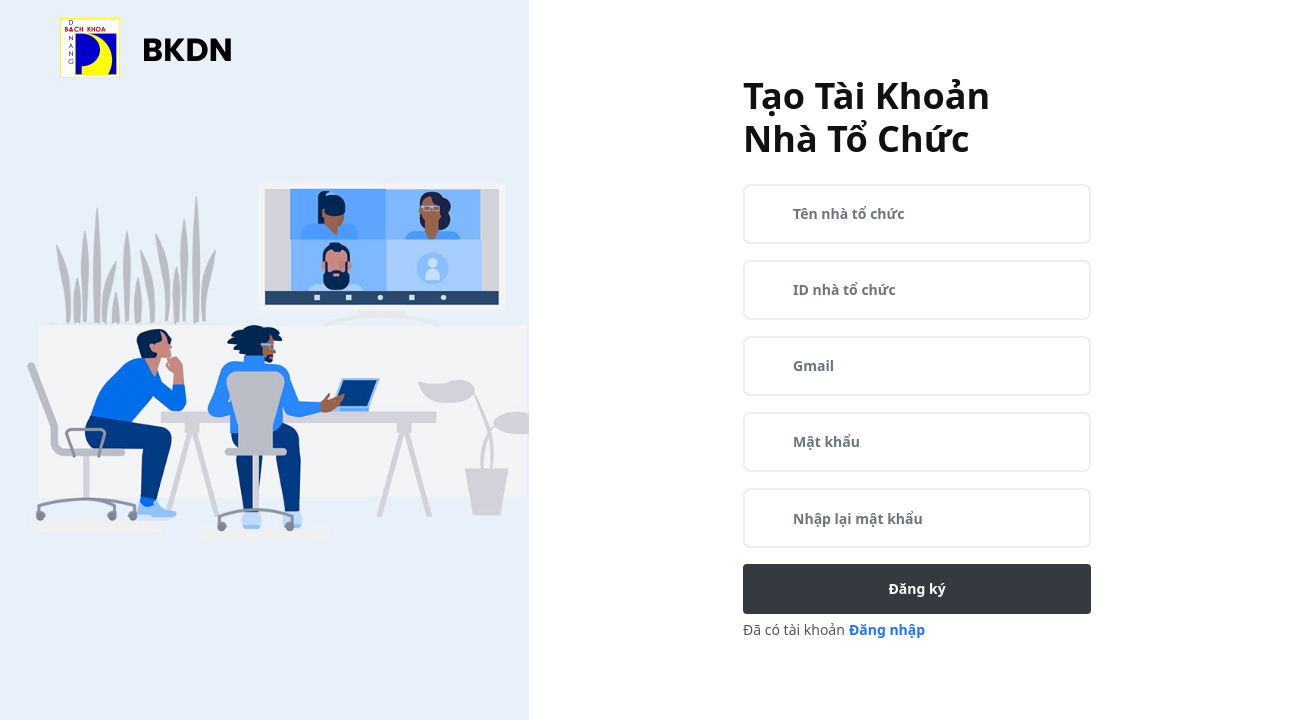
Repository: NT912/Activity-management-WEB-for-student-of-Danang
Page: http://localhost/dangkyNTC.php
An editor plug-in stored every save of this project. The page is shown before and after the next save, followed by the edit.
The browser window is 1280 px wide. The page is 1305 px wide, so the pictures cover 1305 px, including what lies to the right of the window. The pictures show the whole page.
Some web fonts or font styles are not loaded; a fallback is used. The page is run by PHP 8.4 with error messages shown; the project is at /var/www/html/.

Above is the page before, as saved 2024-05-09 23:06:55.

### dangkyNTC.php
<?php
require("./DB/database.php");

$conn = new mysqli($servername, $username, $password, $dbname);

if ($conn->connect_error) {
    die("Connect failed" . $conn->connect_error);
}

if ($_SERVER["REQUEST_METHOD"] == "POST") {
    $name_orginization = $_POST["Name_orginization"];
    $id_orginization = $_POST["Id_orginization"];
    $email = $_POST["Email"];
    $matkhau = $_POST["Password"];

    if (empty($name_orginization) || empty($email) || empty($matkhau) || empty($id_orginization)) {
        echo "<script>alert('Vui lòng điền đầy đủ thông tin.');</script>";
    } else {
        // Kiểm tra xem ID đã tồn tại trong cơ sở dữ liệu chưa
        $sql_check = "SELECT * FROM Orginization_information WHERE Id_orginization = '$id_orginization'";
        $result_check = $conn->query($sql_check);

        if ($result_check->num_rows > 0) {
            // ID đã tồn tại
            echo "<script>alert('ID đã tồn tại. Vui lòng nhập lại ID khác.');</script>";
        } else {
            // ID chưa tồn tại, tiến hành thêm thông tin sinh viên và khoa vào cơ sở dữ liệu

            // Thêm thông tin sinh viên vào bảng Student
            $sql_ntc = "INSERT INTO Orginization_information (Id_orginization, Name_orginization, Email, Password) VALUES ('$id_orginization', '$name_orginization', '$email', '$matkhau')";
            $result_ntc = $conn->query($sql_ntc);

            if ($result_ntc === TRUE) {
                // Thêm thông tin khoa vào bảng Major
                $sql_major = "INSERT INTO major (khoa) VALUES ('$khoa')";
                $result_major = $conn->query($sql_major);

                echo "<script>alert('Đăng ký thành công.');</script>";
                    // Chuyển hướng sang trang login.php
                    header("Location: login.php");
                    exit(); // Đảm bảo không có mã HTML hoặc mã PHP nào được thực thi sau lệnh chuyển hướng

            } else {
                echo "Lỗi khi thêm thông tin nhà tổ chức: " . $conn->error;
            }
        }
    }

    $conn->close();
}
?>

<!DOCTYPE html>
<html lang="en">
<head>
    <meta charset="UTF-8">
    <meta name="viewport" content="width=device-width, initial-scale=1.0">
    <meta http-equiv="X-UA-Compatible" content="ie=edge">
    <title>Đăng ký</title>
<!--
    <link rel="stylesheet" href="css/themify-icons.css">
    <link rel="stylesheet" href="css/feather.css"> -->
    <!-- Favicon icon -->
    <link rel="icon" type="image/png" sizes="16x16" href="images/favicon.png">
    <!-- Custom Stylesheet -->
    <link rel="stylesheet" href="css/style.css">

    <script>
        function validateInput(inputName) {
            var inputValue = document.forms["registerForm"][inputName].value;
            var errorElement = document.getElementById("error" + inputName.charAt(0).toUpperCase() + inputName.slice(1));

            if (inputValue.trim() === "") {
                errorElement.style.display = "block";
            } else {
                errorElement.style.display = "none";
            }
        }

        function checkInputPasswordAgain() {
            var password = document.forms["registerForm"]["Password"].value;
            var confirmPassword = document.forms["registerForm"]["nhaplaimatkhau"].value;
            var confirmPasswordError = document.getElementById("errorNhaplaimatkhau");
            var submitButton = document.querySelector('button[type="submit"]');

            if (confirmPassword.trim() === "") {
                confirmPasswordError.innerText = "Vui lòng nhập lại mật khẩu.";
                confirmPasswordError.style.display = "block";
                submitButton.disabled = true;
            } else if (password !== confirmPassword) {
                confirmPasswordError.innerText = "Mật khẩu nhập lại không khớp với mật khẩu đã nhập.";
                confirmPasswordError.style.display = "block";
                submitButton.disabled = true;
            } else {
                confirmPasswordError.style.display = "none";
                submitButton.disabled = false;
            }
        }

    </script>

</head>

<body class="color-theme-blue">

    <div class="preloader"></div>

    <div class="main-wrap">

        <div class="nav-header bg-transparent shadow-none border-0">
            <div class="nav-top w350">
                <a href="#"> <img src="./images/LOGO.png" alt="Logopage" class="logo-img"> </a>
            </div>
        </div>

        </div>
        <!-- end header -->

        <!-- khung đăng ký   -->
        <div class="row">
            <div class="col-xl-5 d-none d-xl-block p-0 vh-100 bg-image-cover bg-no-repeat" style="background-image: url(images/login-bg-2.jpg);"></div>
            <div class="col-xl-7 vh-100 align-items-center d-flex bg-white rounded-3 overflow-hidden">
                <div class="card shadow-none border-0 ms-auto me-auto login-card">
                    <div class="card-body rounded-0 text-left">
                        <h2 class="fw-700 display1-size display2-md-size mb-4">Tạo Tài Khoản <br> Nhà Tổ Chức</h2>
                        <form method="post" action="<?php echo htmlspecialchars($_SERVER["PHP_SELF"]); ?>" name="registerForm">
                            <div class="form-group icon-input mb-3">
                                <i class="font-sm ti-user text-grey-500 pe-0"></i>
                                <input type="text" name="ten" class="style2-input ps-5 form-control text-grey-900 font-xsss fw-600" placeholder="Tên nhà tổ chức" onblur="validateInput('ten')">
                                <span id="errorTen" style="color: red; display: none;">Vui lòng nhập tên nhà tổ chức.</span>
                            </div>
                            <div class="form-group icon-input mb-3">
                                <i class="font-sm ti-user text-grey-500 pe-0"></i>
                                <input type="text" name="id" class="style2-input ps-5 form-control text-grey-900 font-xsss fw-600" placeholder="ID nhà tổ chức" onblur="validateInput('id')">
                                <span id="errorId" style="color: red; display: none;">Vui lòng nhập ID nhà tổ chức.</span>
                            </div>
                            <div class="form-group icon-input mb-3">
                                <i class="font-sm ti-user text-grey-500 pe-0"></i>
                                <input type="text" name="gmail" class="style2-input ps-5 form-control text-grey-900 font-xsss fw-600" placeholder="Gmail" onblur="validateInput('gmail')">
                                <span id="errorGmail" style="color: red; display: none;">Vui lòng nhập Gmail.</span>
                            </div>
                            <div class="form-group icon-input mb-3">
                                <i class="font-sm ti-email text-grey-500 pe-0"></i>
                                <input type="password" name="Password" class="style2-input ps-5 form-control text-grey-900 font-xsss fw-600" placeholder="Mật khẩu" onblur="validateInput('Password')">
                                <span id="errorPassword" style="color: red; display: none;">Vui lòng nhập mật khẩu.</span>
                            </div>
                            <div class="form-group icon-input mb-3">
                                <i class="font-sm ti-lock text-grey-500 pe-0"></i>
                                <input type="password" name="nhaplaimatkhau" class="style2-input ps-5 form-control text-grey-900 font-xss ls-3" placeholder="Nhập lại mật khẩu" onblur="checkInputPasswordAgain()" required>
                                <span id="errorNhaplaimatkhau" style="color: red; display: none;">Vui lòng nhập lại mật khẩu.</span>
                            </div>
                            <button type="submit" id="registerButton" name="submit" class="form-control text-center style2-input text-white fw-600 bg-dark border-0 p-0" disabled>Đăng ký</button>
                        </form>
                            <h6 class="text-grey-500 font-xsss fw-500 mt-0 mb-0 lh-32">Đã có tài khoản<a href="login.php" class="fw-700 ms-1">Đăng nhập</a></h6>
                        </div>

                    </div>
                </div>
            </div>
        </div>
        <!-- end khung dang y -->
    </div>
    <script src="js/plugin.js"></script>
    <script src="js/scripts.js"></script>

</body>

</html>

### DB/database.php
<?php
$servername = 'localhost:3306';
$username = 'root';
$password = 'truong912002';
$dbname = 'ActivityManagerWeb';
?>

Loaded but not shown: css/style.css (library); js/plugin.js (library); images/preloader.svg (1 lines, source omitted); js/scripts.js (419 lines, source omitted)

After the next save:
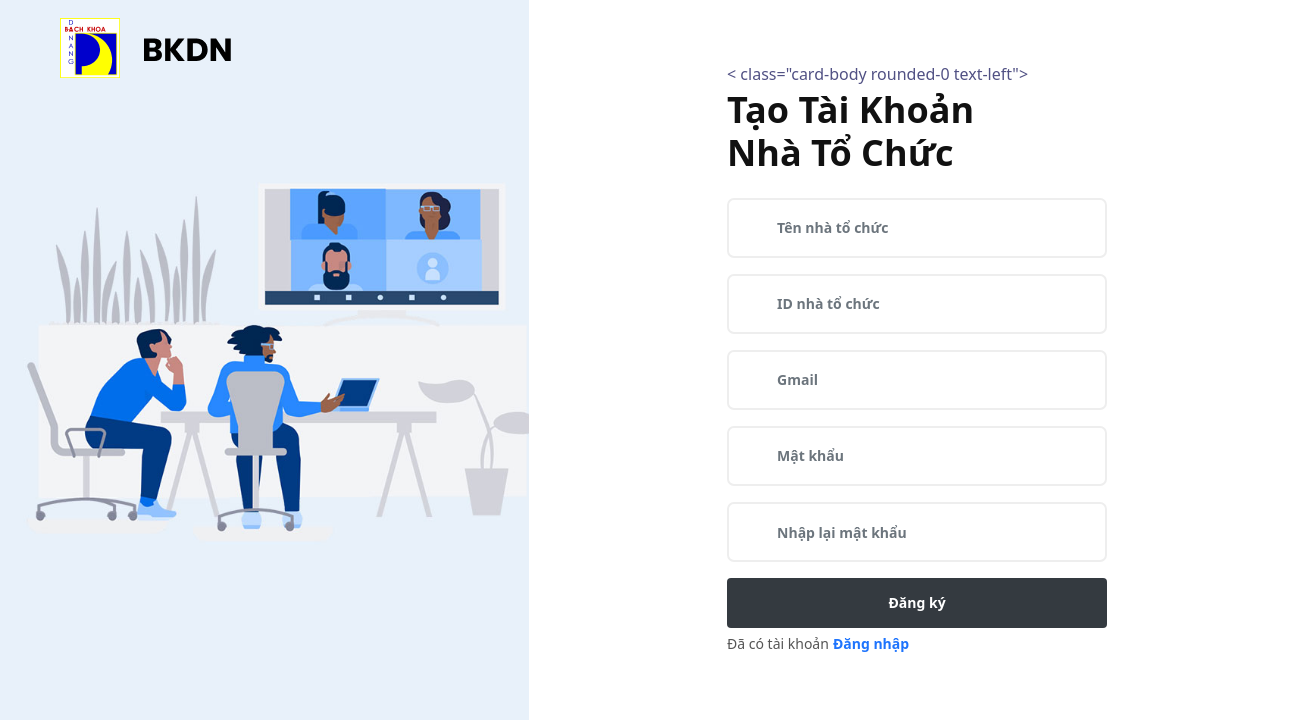
Saved 8 s later.
--- a/dangkyNTC.php
+++ b/dangkyNTC.php
@@ -121,7 +121,7 @@
             <div class="col-xl-5 d-none d-xl-block p-0 vh-100 bg-image-cover bg-no-repeat" style="background-image: url(images/login-bg-2.jpg);"></div>
             <div class="col-xl-7 vh-100 align-items-center d-flex bg-white rounded-3 overflow-hidden">
                 <div class="card shadow-none border-0 ms-auto me-auto login-card">
-                    <div class="card-body rounded-0 text-left">
+                    < class="card-body rounded-0 text-left">
                         <h2 class="fw-700 display1-size display2-md-size mb-4">Tạo Tài Khoản <br> Nhà Tổ Chức</h2>
                         <form method="post" action="<?php echo htmlspecialchars($_SERVER["PHP_SELF"]); ?>" name="registerForm">
                             <div class="form-group icon-input mb-3">
@@ -152,7 +152,6 @@
                             <button type="submit" id="registerButton" name="submit" class="form-control text-center style2-input text-white fw-600 bg-dark border-0 p-0" disabled>Đăng ký</button>
                         </form>
                             <h6 class="text-grey-500 font-xsss fw-500 mt-0 mb-0 lh-32">Đã có tài khoản<a href="login.php" class="fw-700 ms-1">Đăng nhập</a></h6>
-                        </div>
 
                     </div>
                 </div>

After the save that followed:
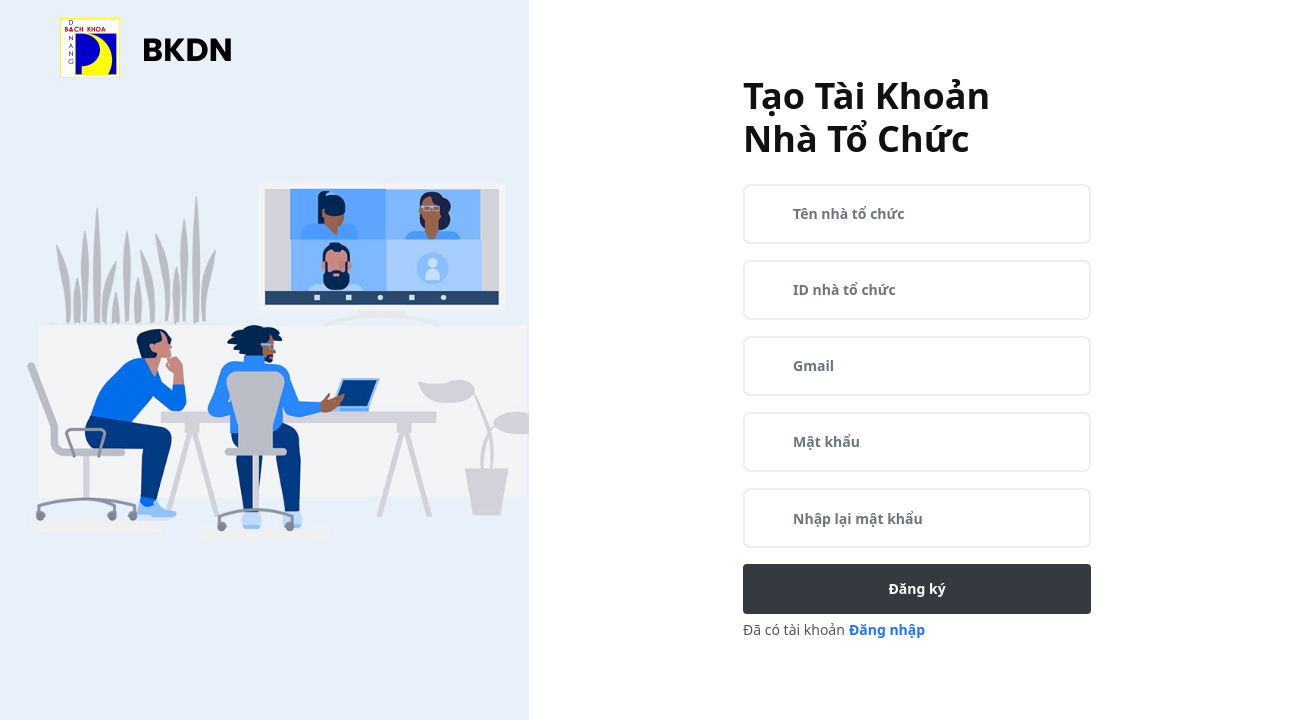
Saved 28 s later.
--- a/dangkyNTC.php
+++ b/dangkyNTC.php
@@ -121,7 +121,7 @@
             <div class="col-xl-5 d-none d-xl-block p-0 vh-100 bg-image-cover bg-no-repeat" style="background-image: url(images/login-bg-2.jpg);"></div>
             <div class="col-xl-7 vh-100 align-items-center d-flex bg-white rounded-3 overflow-hidden">
                 <div class="card shadow-none border-0 ms-auto me-auto login-card">
-                    < class="card-body rounded-0 text-left">
+                    <div class="card-body rounded-0 text-left">
                         <h2 class="fw-700 display1-size display2-md-size mb-4">Tạo Tài Khoản <br> Nhà Tổ Chức</h2>
                         <form method="post" action="<?php echo htmlspecialchars($_SERVER["PHP_SELF"]); ?>" name="registerForm">
                             <div class="form-group icon-input mb-3">
@@ -152,6 +152,7 @@
                             <button type="submit" id="registerButton" name="submit" class="form-control text-center style2-input text-white fw-600 bg-dark border-0 p-0" disabled>Đăng ký</button>
                         </form>
                             <h6 class="text-grey-500 font-xsss fw-500 mt-0 mb-0 lh-32">Đã có tài khoản<a href="login.php" class="fw-700 ms-1">Đăng nhập</a></h6>
+                        </div>
 
                     </div>
                 </div>
